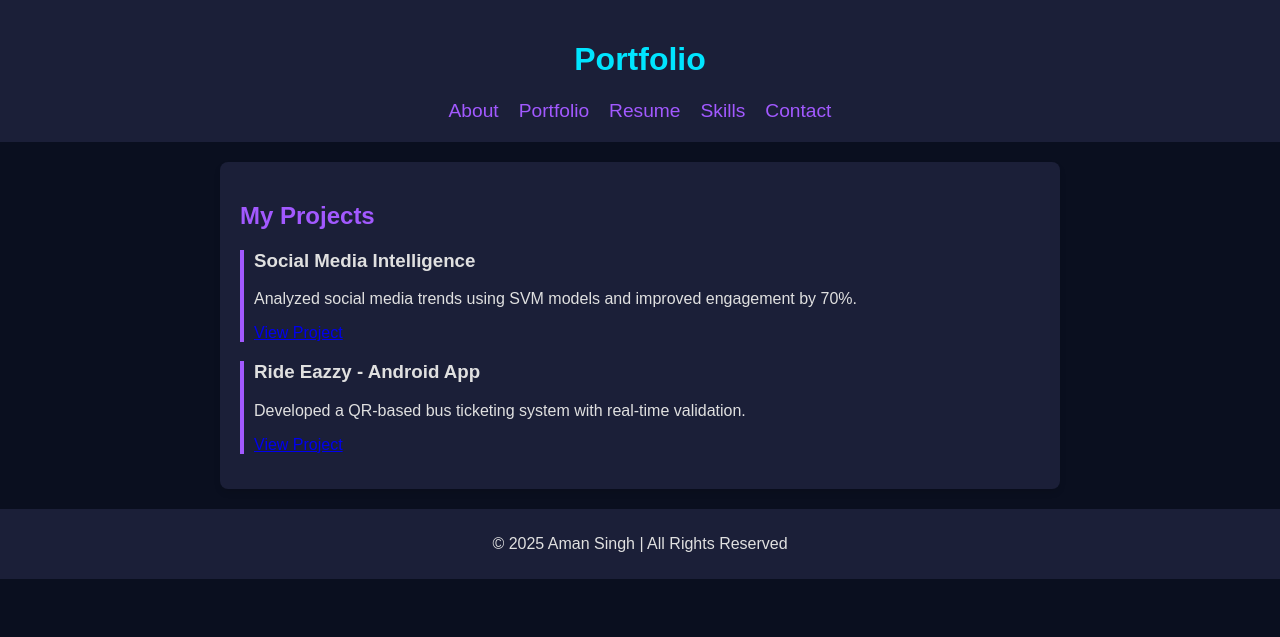
Repository: aman3singh/portfolio
Page: portfolio.html
These files come from the project's save history. The page is drawn as it stood at one moment and after the next save; the edit follows.
The browser window is 1280 px wide. The pictures show the whole page.

Above is the page before, as saved 2025-02-11 18:15:27.

### portfolio.html
<!DOCTYPE html>
<html lang="en">
<head>
    <meta charset="UTF-8">
    <meta name="viewport" content="width=device-width, initial-scale=1.0">
    <title>Aman Singh | Portfolio</title>
    <link rel="stylesheet" href="styles.css">
</head>
<body>
    <header>
        <h1>Portfolio</h1>
        <nav>
            <a href="index.html#about">About</a>
            <a href="portfolio.html" class="active">Portfolio</a>
            <a href="resume.html">Resume</a>
            <a href="index.html#skills">Skills</a>
            <a href="index.html#contact">Contact</a>
        </nav>
    </header>

    <section id="projects">
        <h2>My Projects</h2>
        <div class="project">
            <h3>Social Media Intelligence</h3>
            <p>Analyzed social media trends using SVM models and improved engagement by 70%.</p>
            <a href="https://github.com/your-username/social-media-intelligence" target="_blank">View Project</a>
        </div>
        <div class="project">
            <h3>Ride Eazzy - Android App</h3>
            <p>Developed a QR-based bus ticketing system with real-time validation.</p>
            <a href="https://github.com/your-username/ride-eazzy" target="_blank">View Project</a>
        </div>
    </section>

    <footer>
        <p>© 2025 Aman Singh | All Rights Reserved</p>
    </footer>
</body>
</html>

### styles.css
body {
    font-family: 'Arial', sans-serif;
    margin: 0;
    padding: 0;
    background-color: #0A0F1F;
    color: #E0E0E0;
}

header {
    background-color: #1B1F38;
    color: #00E5FF;
    text-align: center;
    padding: 20px;
}

nav {
    display: flex;
    justify-content: center;
    gap: 20px;
}

nav a {
    color: #A259FF;
    text-decoration: none;
    font-size: 1.2em;
    transition: color 0.3s;
}

nav a:hover {
    color: #00E5FF;
}

section {
    padding: 20px;
    margin: 20px auto;
    max-width: 800px;
    background: #1B1F38;
    box-shadow: 0px 4px 6px rgba(0, 0, 0, 0.1);
    border-radius: 8px;
}

h2 {
    color: #A259FF;
}

.project {
    border-left: 4px solid #A259FF;
    padding-left: 10px;
    margin-bottom: 15px;
}

.social-links {
    display: flex;
    justify-content: center;
    gap: 15px;
    font-size: 2rem;
}

.social-links a {
    color: #A259FF;
    transition: color 0.3s;
}

.social-links a:hover {
    color: #00E5FF;
}

footer {
    text-align: center;
    padding: 10px;
    background-color: #1B1F38;
    color: #E0E0E0;
}

After the next save:
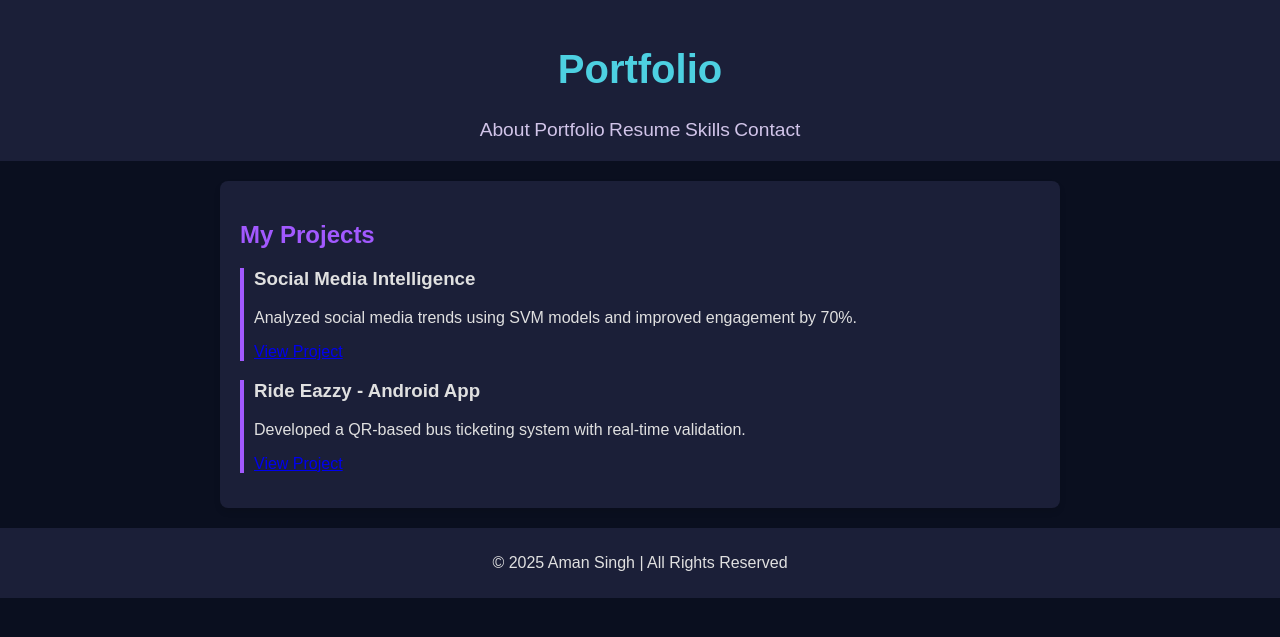
Saved 5 min 3 s later.
--- a/styles.css
+++ b/styles.css
@@ -8,27 +8,32 @@
 
 header {
     background-color: #1B1F38;
-    color: #00E5FF;
+    color: #4DD0E1; /* Soft cyan */
     text-align: center;
     padding: 20px;
 }
 
-nav {
-    display: flex;
-    justify-content: center;
-    gap: 20px;
+header h1 {
+    color: #4DD0E1; /* Name color */
+    font-size: 2.5em;
+}
+
+header p {
+    color: #B39DDB; /* Muted purple */
+    font-size: 1.2em;
 }
 
 nav a {
-    color: #A259FF;
+    color: #D1C4E9; /* Soft gray for links */
     text-decoration: none;
     font-size: 1.2em;
     transition: color 0.3s;
 }
 
 nav a:hover {
-    color: #00E5FF;
+    color: #00E5FF; /* Bright neon on hover */
 }
+
 
 section {
     padding: 20px;

After the save that followed:
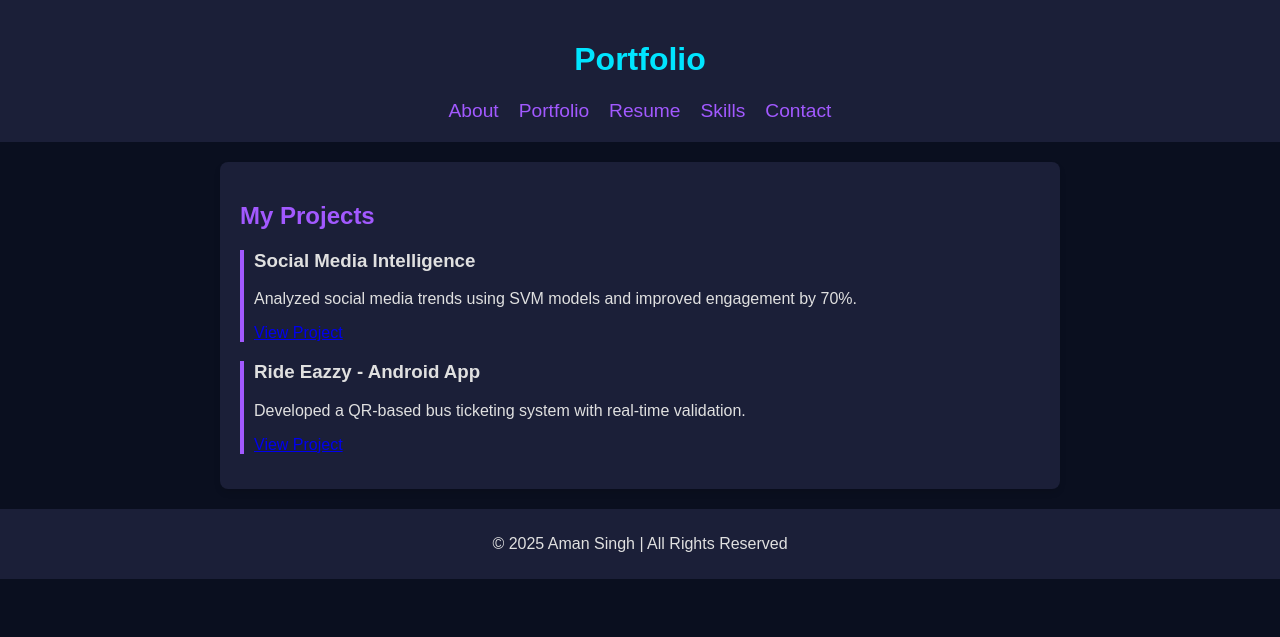
Saved 12 s later.
--- a/styles.css
+++ b/styles.css
@@ -8,32 +8,27 @@
 
 header {
     background-color: #1B1F38;
-    color: #4DD0E1; /* Soft cyan */
+    color: #00E5FF;
     text-align: center;
     padding: 20px;
 }
 
-header h1 {
-    color: #4DD0E1; /* Name color */
-    font-size: 2.5em;
-}
-
-header p {
-    color: #B39DDB; /* Muted purple */
-    font-size: 1.2em;
+nav {
+    display: flex;
+    justify-content: center;
+    gap: 20px;
 }
 
 nav a {
-    color: #D1C4E9; /* Soft gray for links */
+    color: #A259FF;
     text-decoration: none;
     font-size: 1.2em;
     transition: color 0.3s;
 }
 
 nav a:hover {
-    color: #00E5FF; /* Bright neon on hover */
+    color: #00E5FF;
 }
-
 
 section {
     padding: 20px;
